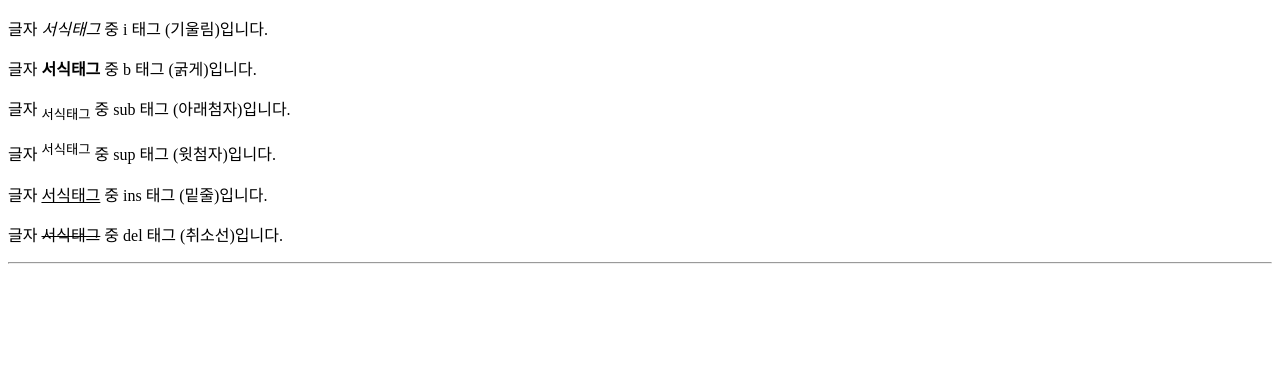
Repository: claddds/2023_webstudy
Page: 01_html/src/main/webapp/day01/ex05_TextFormatting.html
The author's editor kept a copy of each file at every save. The page is drawn from the files as they stood at one save, then again after the next save.
The browser window is 1280 px wide. The pictures show the whole page.

Above is the page before, as saved 2023-06-19 07:50:37.

After the next save:
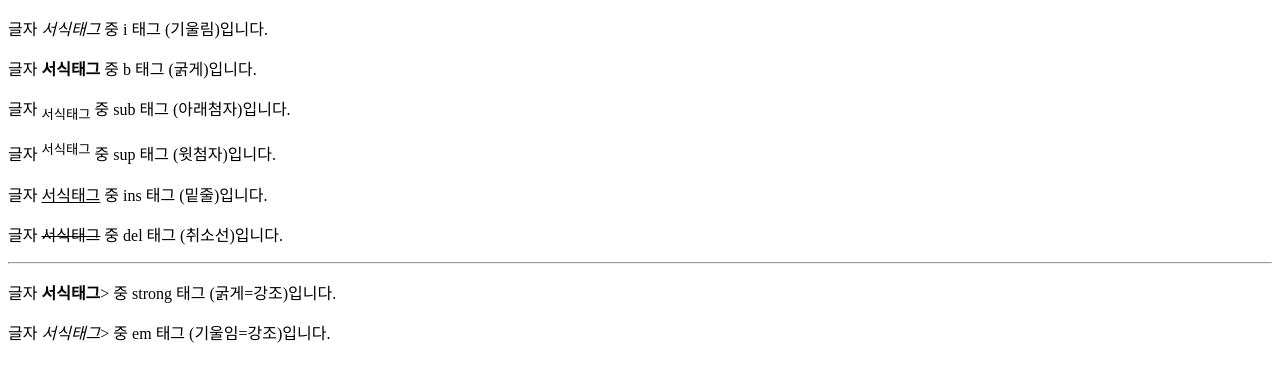
Saved 4 min 12 s later.
--- a/01_html/src/main/webapp/day01/ex05_TextFormatting.html
+++ b/01_html/src/main/webapp/day01/ex05_TextFormatting.html
@@ -14,5 +14,11 @@
 <p> 글자 <del>서식태그</del> 중 del 태그 (취소선)입니다.</p>
 <hr>
 
+<!--
+	내용상 강조의 의미(검색엔진이 강조를 하는 정보로 인식)
+	strong(굵게 = 강조), em(기울임 = 강조)
+ -->
+<p> 글자 <strong>서식태그</strong>> 중 strong 태그 (굵게=강조)입니다.</p>
+<p> 글자 <em>서식태그</em>> 중 em 태그 (기울임=강조)입니다.</p>
 </body>
 </html>
